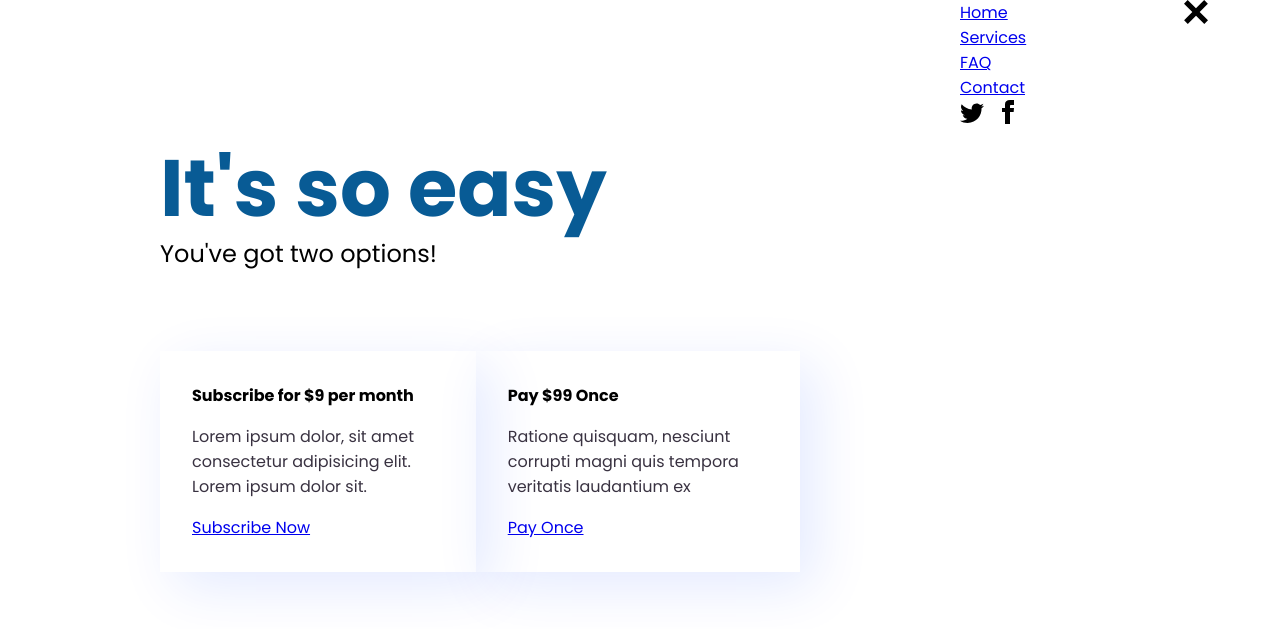
Repository: Hyperion72R/Animated-Navigation
Page: index.html
An editor plug-in stored every save of this project. The page is shown before and after the next save, followed by the edit.
The browser window is 1280 px wide. The pictures show the whole page.
The style sheet was rebuilt from its Sass, Less or Tailwind sources for each picture, by a compiler version that may differ from the author's.

Above is the page before, as saved 2021-08-24 23:19:57.

### index.html
<!DOCTYPE html>
<html lang="en">
  <head>
    <meta charset="UTF-8" />
    <meta http-equiv="X-UA-Compatible" content="IE=edge" />
    <meta name="viewport" content="width=device-width, initial-scale=1.0" />
    <title>Document</title>
    <link rel="stylesheet" href="css/main.css" />
  </head>
  <body>
    <header>
      <a href="#" class="logo">awesomeservice</a>

      <nav>
        <ul>
          <li><a href="#">Home</a></li>
          <li><a href="#">Services</a></li>
          <li><a href="#">FAQ</a></li>
          <li class="active"><a href="#">Become a member</a></li>
        </ul>
      </nav>
    </header>

    <section>
      <h1>Go Big or Go Home</h1>
    </section>

    <div class="overlay">
      <div class="left">
        <h2>It's so easy</h2>
        <p class="subhead">You've got two options!</p>

        <div class="cards">
          <div class="card">
            <strong>Subscribe for $9 per month</strong>
            <p>
              Lorem ipsum dolor, sit amet consectetur adipisicing elit. Lorem
              ipsum dolor sit.
            </p>
            <a href="#" class="cta">Subscribe Now</a>
          </div>

          <div class="card">
            <strong>Pay $99 Once</strong>
            <p>
              Ratione quisquam, nesciunt corrupti magni quis tempora veritatis
              laudantium ex
            </p>
            <a href="#" class="cta pay-once">Pay Once</a>
          </div>
        </div>
      </div>

      <div class="middle">
        <ul class="secondary">
          <li><a href="#">Home</a></li>
          <li><a href="#">Services</a></li>
          <li><a href="#">FAQ</a></li>
          <li><a href="#">Contact</a></li>
        </ul>

        <div class="social-nav">
          <a href="" class="twitter"
            ><svg
              xmlns="http://www.w3.org/2000/svg"
              width="32"
              height="32"
              viewBox="0 -1.15 32 32"
            >
              <path
                d="M24 4.557c-.883.392-1.832.656-2.828.775 1.017-.609 1.798-1.574 2.165-2.724-.951.564-2.005.974-3.127 1.195-.897-.957-2.178-1.555-3.594-1.555-3.179 0-5.515 2.966-4.797 6.045-4.091-.205-7.719-2.165-10.148-5.144-1.29 2.213-.669 5.108 1.523 6.574-.806-.026-1.566-.247-2.229-.616-.054 2.281 1.581 4.415 3.949 4.89-.693.188-1.452.232-2.224.084.626 1.956 2.444 3.379 4.6 3.419-2.07 1.623-4.678 2.348-7.29 2.04 2.179 1.397 4.768 2.212 7.548 2.212 9.142 0 14.307-7.721 13.995-14.646.962-.695 1.797-1.562 2.457-2.549z"
              /></svg
          ></a>
          <a href="" class="facebook"
            ><svg
              xmlns="http://www.w3.org/2000/svg"
              width="32"
              height="32"
              viewBox="0 0 32 32"
            >
              <path
                d="M9 8h-3v4h3v12h5v-12h3.642l.358-4h-4v-1.667c0-.955.192-1.333 1.115-1.333h2.885v-5h-3.808c-3.596 0-5.192 1.583-5.192 4.615v3.385z"
              /></svg
          ></a>
        </div>
      </div>

      <div class="right">
        <svg
          class="exit"
          xmlns="http://www.w3.org/2000/svg"
          width="58"
          height="58"
          viewBox="0 0 58 58"
        >
          <path
            d="M24 20.188l-8.315-8.209 8.2-8.282-3.697-3.697-8.212 8.318-8.31-8.203-3.666 3.666 8.321 8.24-8.206 8.313 3.666 3.666 8.237-8.318 8.285 8.203z"
          />
        </svg>
      </div>
    </div>
  </body>
</html>

### css/main.scss
@import url("https://fonts.googleapis.com/css2?family=Poppins:ital,wght@0,400;0,500;0,600;0,700;0,800;0,900;1,400;1,500;1,600;1,700;1,800;1,900&display=swap");

*,
*:before,
*::after {
  box-sizing: border-box;
}

body::after {
  content: "";
  display: block;
  width: 100%;
  //   height: 108%;
  height: 100%;
  //   background-color: rgba(51, 51, 51, 0.5);
  background: rgba(38, 73, 91, 0.8);

  position: absolute;
  top: 0;
  left: 0;
  right: 0;
  bottom: 0;
  z-index: -10;
}

body {
  height: 100vh;
  //   background: #8000ff url("../assets/images/bg.jpg");
  //   background: linear-gradient(rgba(4, 230, 168, 0.8), rgba(44, 189, 230, 0.8)),
  //     url("../assets/images/bg.jpg");
  background: url("../assets/images/bg.jpg");
  //   object-fit: scale-down;
  background-size: cover;
  color: white;
  font-family: "Poppins";
  margin: 0;
  //   background-position: center;
  //   padding: 0;
  //   overflow: hidden;
  background-repeat: no-repeat;
}

ul {
  list-style-type: none;
  margin: 0;
  padding: 0;
}

section,
header {
  width: 70%;
  margin: 0 auto;
}

// .social-nav,
// .right {
//   display: none;
// }

header {
  display: flex;
  justify-content: space-between;
  align-items: center;

  a {
    color: white;
    text-decoration: none;
    padding: 2em;
  }

  a.logo {
    font-weight: bold;
    font-size: 1.25rem;
    padding: 0;
  }

  nav ul {
    display: flex;

    a {
      padding: 2.5em 1.5em;
      display: block;
    }

    li.active a {
      font-weight: bold;
      background: white;
      color: black;
      margin-left: 2em;
      padding: 2.5em;
    }
  }
}

h1 {
  font-size: 4rem;
  width: 40%;
  line-height: 5rem;
  // margin-left: 1.2em;
  margin-left: 2em;
  margin-top: 2.8em;
  // margin-top: 1.4em;
}

//  Overlay

.overlay {
  position: fixed;
  height: 100vh;
  background: white;
  top: 0;
  left: 0;
  width: 100%;
  display: grid;
  grid-template-columns: 75% auto 6em;
}

.left,
.right,
.middle {
  height: 100vh;
}

h2 {
  color: #085b95;
  font-size: 5rem;
  margin: 0;
}

.left {
  padding: 8em 10em;

  p.subhead {
    color: black;
    font-size: 1.5rem;
    margin-top: -0.5em;
  }
}

.cards {
  display: flex;
  margin-top: 5em;

  .card {
    padding: 2em;
    box-shadow: 15px 15px 53px rgba(0, 60, 255, 0.11);

    strong {
      color: black;
    }

    p {
      color: #393241;
    }
  }
}

After the next save:
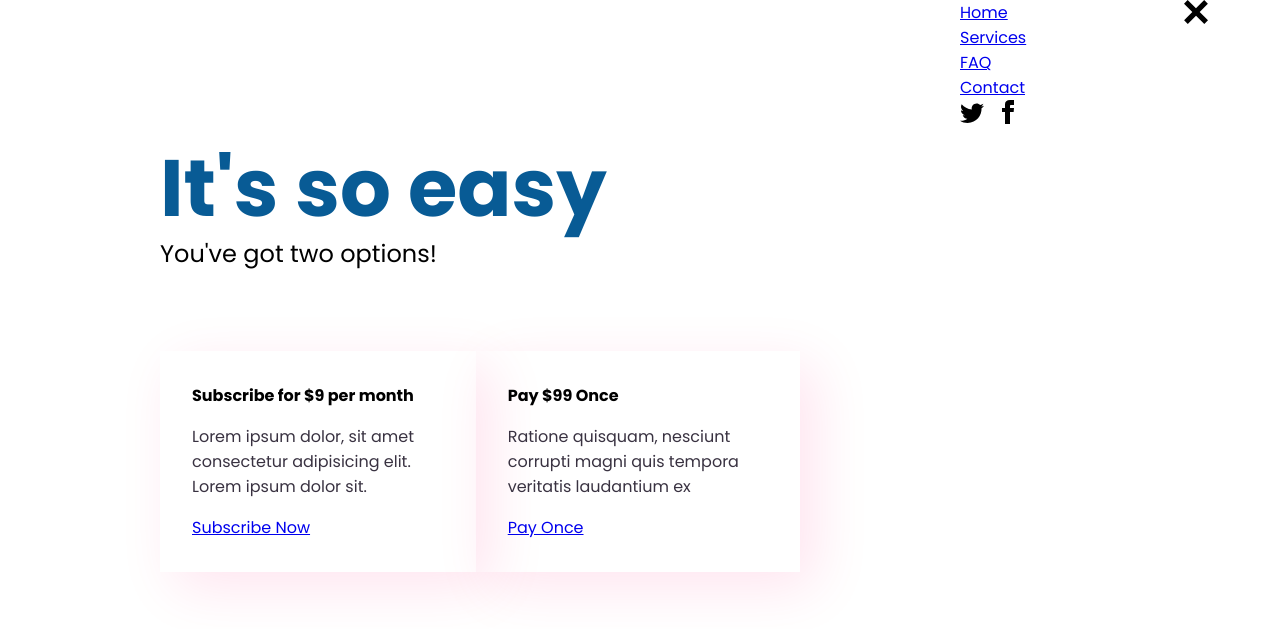
Saved 8 s later.
--- a/css/main.scss
+++ b/css/main.scss
@@ -143,7 +143,7 @@
 
   .card {
     padding: 2em;
-    box-shadow: 15px 15px 53px rgba(0, 60, 255, 0.11);
+    box-shadow: 15px 15px 53px rgba(255, 0, 106, 0.11);
 
     strong {
       color: black;

After the save that followed:
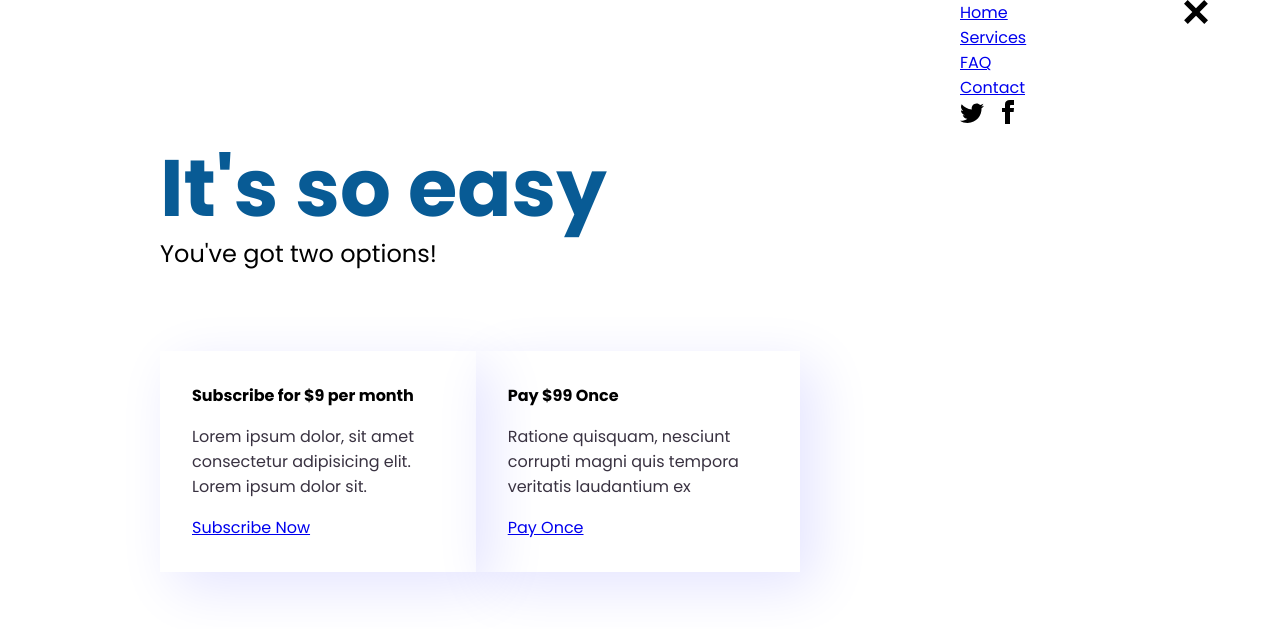
Saved 11 s later.
--- a/css/main.scss
+++ b/css/main.scss
@@ -143,7 +143,7 @@
 
   .card {
     padding: 2em;
-    box-shadow: 15px 15px 53px rgba(255, 0, 106, 0.11);
+    box-shadow: 15px 15px 53px rgba(4, 0, 255, 0.11);
 
     strong {
       color: black;
